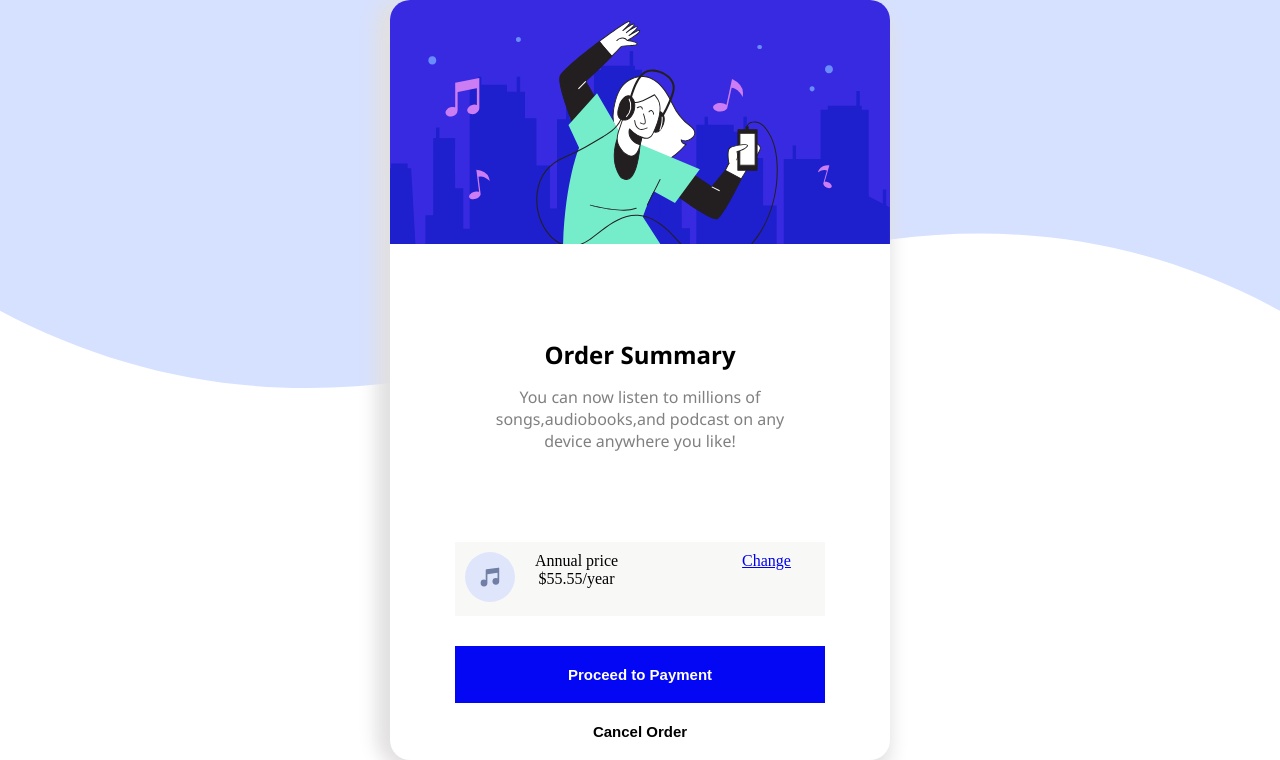
Repository: Eugene44-hub/newbie-project
Page: index.html
An editor plug-in stored every save of this project. The page is shown before and after the next save, followed by the edit.
The browser window is 1280 px wide. The pictures show the whole page.

Above is the page before, as saved 2021-08-29 09:54:47.

### index.html
<!DOCTYPE html>
<html lang="en">

<head>
    <link rel="stylesheet" href="style.css">
    <meta charset="UTF-8">
    <meta http-equiv="X-UA-Compatible" content="IE=edge">
    <meta name="viewport" content="width=device-width, initial-scale=1.0">
    <title>Document</title>
</head>

<body>
    <div class="container">

        <div class="card-container">
            <div class="card">
                <div class="content">
                    <div class="image"> <img src="illustration-hero.svg"></div>

                    <div class="text">
                        <h2>Order Summary</h2>
                        <p>You can now listen to millions of songs,audiobooks,and podcast on any device anywhere you like!</p>
                    </div>
                    <div class="musicCard">
                        <div class=musicIcon> <img src="icon-music.svg" id="icon" alt=""></div>
                        <div class="sub">Annual price <br>$55.55/year
                        </div>
                        <div class="link">
                            <a href="#">Change</a>
                        </div>

                    </div>
                    <button id="proceed">
                        Proceed to Payment
                    </button >
                    <button id="cancel">
                        Cancel Order
                    </button>
                </div>

            </div>
        </div>

    </div>
</body>

</html>

### style.css
* {
    padding: 0;
    margin: 0;
}

.container {
    background-image: url('pattern-background-desktop.svg');
    background-position: top;
    background-size: contain;
    background-repeat: no-repeat;
    width: 100%;
    position: relative;
}

.card-container {
    display: flex;
    justify-content: center;
    width: 100%;
}

.card {
    margin-top: 7=60px;
}

img {
    width: 100%;
    border-top-left-radius: 20px;
    border-top-right-radius: 20px;
}

.image {}

.content {
    text-align: center;
    background-color: white;
    border-radius: 20px;
    max-width: 500px;
    box-shadow: 0px 13px 20px rgb(226, 224, 224), -13px -0px 20px rgb(226, 224, 224);
}

.content::after {}

h2,
p {
    font-family: 'Segoe UI', Tahoma, Geneva, Verdana, sans-serif;
}

.text {
    padding: 90px;
}

h2 {
    margin-bottom: 15px;
}

p {
    color: grey;
}

.musicCard {
    display: flex;
    justify-content: center;
    align-content: center;
    width: 70%;
    margin: auto;
    background-color: rgb(248, 248, 247);
    padding: 10px;
    flex-wrap: wrap;
}

.link {
    flex: 10%;
    margin-left: 100px;
}

.musicIcon {
    flex: 80%;
    max-width: 50px;
    margin-right: 20px;
}

.price {
    flex: 10%;
    text-align: right;
}

button {
    width: 74%;
    padding: 20px;
    border: none;
    margin-top: 30px;
    font-size: 15px;
    font-weight: bold;
}

#cancel {
    background-color: white;
    margin-top: 0;
}

#proceed {
    background-color: rgb(3, 7, 243);
    color: white;
}

After the next save:
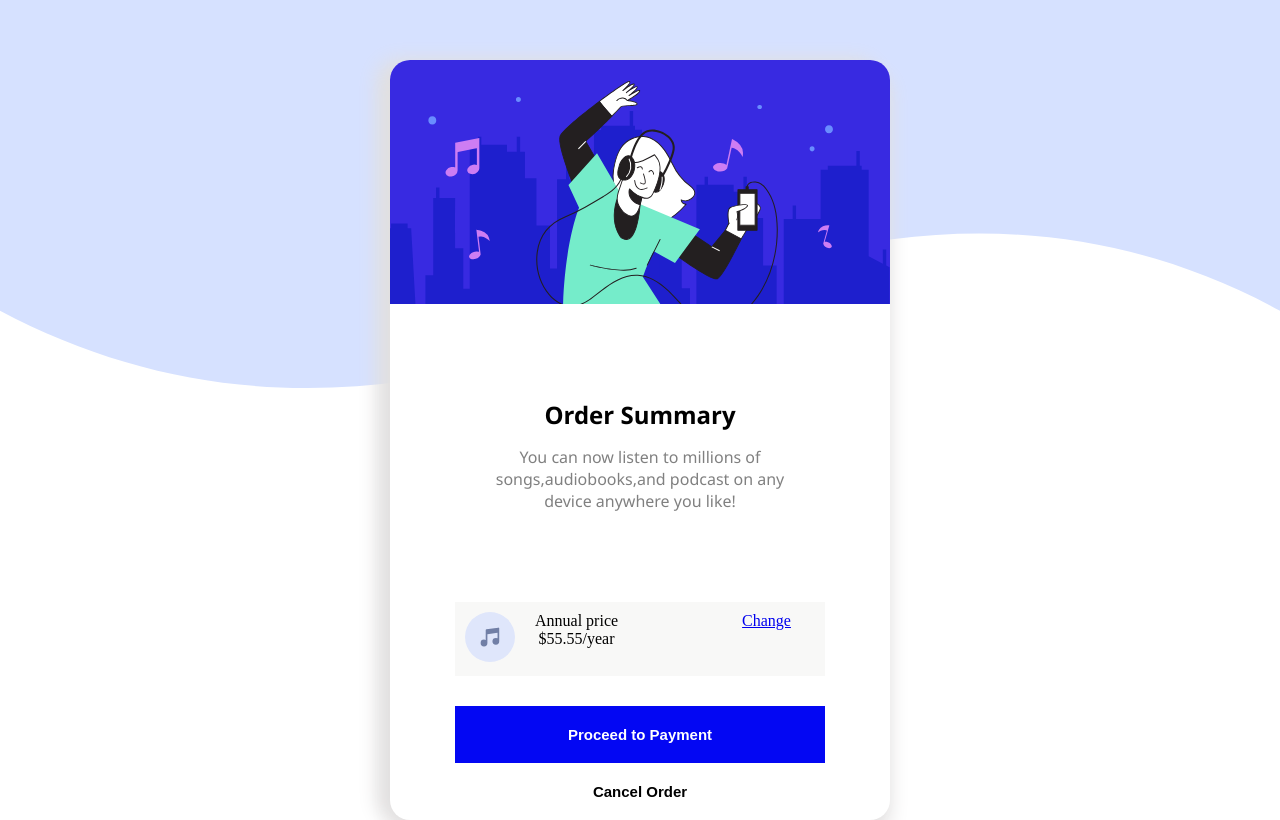
Saved 7 s later.
--- a/style.css
+++ b/style.css
@@ -19,7 +19,7 @@
 }
 
 .card {
-    margin-top: 7=60px;
+    margin-top: 60px;
 }
 
 img {
